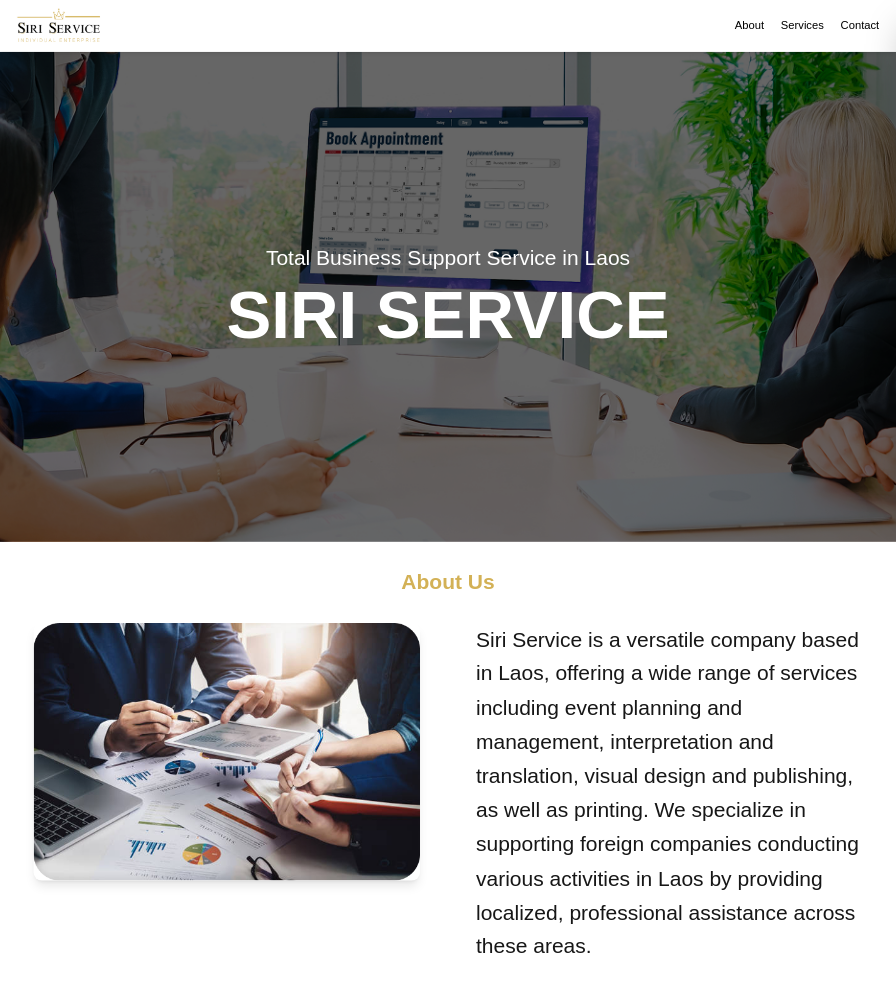
Repository: Phailin-teamplate/siri-service-web
Page: /
The author's editor kept a copy of each file at every save. The page is drawn from the files as they stood at one save, then again after the next save.
The browser window is 1280 px wide. The pictures show the whole page, at 70% of full size.
The project was rebuilt for these pictures with package versions that can differ from the ones it lists, and the page was loaded fresh each time. The framework's server and built-in components were replaced by stand-ins that run in the browser. Also part of the build but not shown: next.config.ts.

Above is the page before, as saved 2025-07-02 14:26:40.

### src/app/layout.tsx
"use client";

import React, { useState, useEffect } from "react";
import { ArrowUpIcon } from "@heroicons/react/24/solid"; // Importing the arrow icon
// import { Geist, Geist_Mono } from "next/font/google";
// import { Inter, Noto_Sans_Lao } from "next/font/google";
import "./globals.css";
import Navbar from "@/src/components/navbar";

// const inter = Inter({ subsets: ["latin"] });
// const notoSansLao = Noto_Sans_Lao({ subsets: ["lao"] });

// const geistSans = Geist({
//   variable: "--font-geist-sans",
//   subsets: ["latin"],
// });
// const geistMono = Geist_Mono({
//   variable: "--font-geist-mono",
//   subsets: ["latin"],
// });

export default function RootLayout({
  children,
}: Readonly<{
  children: React.ReactNode;
}>) {
  const [isVisible, setIsVisible] = useState(false);

  // Detect scroll position and show button when scrolling down
  const handleScroll = () => {
    if (window.scrollY > 300) {
      setIsVisible(true);
    } else {
      setIsVisible(false);
    }
  };

  useEffect(() => {
    window.addEventListener("scroll", handleScroll);
    return () => {
      window.removeEventListener("scroll", handleScroll);
    };
  }, []);

  const scrollToTop = () => {
    window.scrollTo({ top: 0, behavior: "smooth" });
  };

  return (
    <html lang="en">
      {/* <body
        className={`${geistSans.variable} ${geistMono.variable} ${inter.className}  ${notoSansLao.className} antialiased`}
      > */}
      <body className="bg-white">
        <Navbar />
        {children}
        {/* <Footer /> */}

        {/* Popup Button with Icon for Scrolling to Top */}
        {isVisible && (
          <button
            onClick={scrollToTop}
            className="fixed bottom-2 right-5 md:bottom-5 md:right-10 bg-blue-500 text-white p-2 md:p-4 rounded-full shadow-lg hover:bg-blue-600 focus:outline-none transition-transform transform hover:scale-110"
          >
            {/* Heroicon Arrow Up Icon */}
            <ArrowUpIcon className="h-5 w-5 md:h-6 md:w-6" />
          </button>
        )}
      </body>
    </html>
  );
}

### src/app/page.tsx
import React from "react";
import Homepage from "@/src/components/Homepage";
import About from "@/src/components/About";

export const metadata = {
  title: "About | TEAMPLATE",
  description:
    "Learn about TEAMPLATE — our story, mission, team, and values that drive our innovation.",
  keywords: ["teamplate", "about", "our story", "mission", "values", "team"],
  openGraph: {
    title: "About | TEAMPLATE",
    description:
      "Discover TEAMPLATE's story, mission, and the people behind our success.",
    url: "https://yourdomain.com/about",
    siteName: "TEAMPLATE",
    images: [
      {
        url: "https://yourdomain.com/images/about-og.jpg", // ✅ Replace with actual path
        width: 1200,
        height: 630,
        alt: "About TEAMPLATE",
      },
    ],
    locale: "en_US",
    type: "website",
  },
};

export default function Home() {
  return (
    <section className="w-full" id="about">
      <Homepage/>
      <About/>
    </section>
  );
}

### src/components/navbar.tsx
import { useState, useCallback, useEffect } from "react";
import Image from "next/image";
import { Menu, X } from "lucide-react";
import Logo from "@/public/logo/Siri Service.png";

export default function Navbar() {
  const [isOpen, setIsOpen] = useState(false);

  // Function for smooth scrolling
  const handleSmoothScroll = useCallback((targetId: string) => {
    setIsOpen(false); // Close the sidebar

    if (targetId === "/") {
      window.scrollTo({ top: 0, behavior: "smooth" });
    } else {
      const targetElement = document.querySelector(targetId);
      if (targetElement) {
        targetElement.scrollIntoView({ behavior: "smooth" });
      }
    }
  }, []);

  const [isScrolled, setIsScrolled] = useState(false);

  // Detect scroll to change navbar background
  useEffect(() => {
    const handleScroll = () => {
      const scrollTop = window.scrollY;
      setIsScrolled(scrollTop > 10); // Trigger when scrolled 10px
    };

    window.addEventListener("scroll", handleScroll);

    return () => window.removeEventListener("scroll", handleScroll);
  }, []);

  return (
    <div className="w-full sticky top-0 z-50 bg-white shadow-md">
      <nav className="flex items-center justify-between px-6 py-3">
        {/* Logo */}
        <button
          onClick={() => handleSmoothScroll("/")}
          className="p-0 border-none bg-transparent active:opacity-80"
        >
          <Image
            className="w-20 sm:w-20 md:w-30 lg:w-30 xl:w-30 2xl:w-30 h-auto"
            src={Logo}
            alt="Appstore"
            priority
          />
        </button>

        {/* Desktop Links */}
        <div className="hidden md:flex gap-6">
          <button
            onClick={() => handleSmoothScroll("#about")}
            className="hover:text-blue-600 hover:underline transition-colors text-black duration-200 cursor-pointer"
          >
            About
          </button>
          <button
            onClick={() => handleSmoothScroll("#services")}
            className="hover:text-blue-600 hover:underline transition-colors text-black duration-200 cursor-pointer"
          >
            Services
          </button>
          <button
            onClick={() => handleSmoothScroll("#contact")}
            className="hover:text-blue-600 hover:underline transition-colors text-black duration-200 cursor-pointer"
          >
            Contact
          </button>
        </div>

        {/* Mobile Menu Button */}
        <button
          className="md:hidden focus:outline-none"
          onClick={() => setIsOpen(!isOpen)}
          aria-label="Toggle Menu"
        >
          {isOpen ? <X size={28} /> : <Menu size={28} />}
        </button>
      </nav>

      {/* Overlay (Closes menu when clicked) */}
      {isOpen && (
        <div
          className="fixed inset-0 z-40"
          onClick={() => setIsOpen(false)}
        ></div>
      )}

      {/* Mobile Sidebar */}
      <div
        className={`fixed top-0 right-0 h-full w-64 bg-white shadow-2xl p-6 flex flex-col transition-transform ${
          isOpen ? "translate-x-0" : "translate-x-full"
        } duration-300 ease-in-out z-50`}
      >
        {/* Sidebar Header */}
        <div className="flex justify-between items-center pb-4 mt-1">
          <h3 className="text-black text-2xl font-semibold">Menu</h3>
          <button
            className="text-black text-3xl font-bold focus:outline-none"
            onClick={() => setIsOpen(false)}
            aria-label="Close Menu"
          >
            <X size={28} />
          </button>
        </div>

        {/* Sidebar Links */}
        <div className="flex flex-col items-start gap-4 pb-4">
          <button
            onClick={() => handleSmoothScroll("#about")}
            className="hover:text-blue-600 hover:underline transition-colors duration-200 cursor-pointer"
          >
            About
          </button>
          <button
            onClick={() => handleSmoothScroll("#services")}
            className="hover:text-blue-600 hover:underline transition-colors duration-200 cursor-pointer"
          >
            Services
          </button>
          <button
            onClick={() => handleSmoothScroll("#contact")}
            className="hover:text-blue-600 hover:underline transition-colors duration-200 cursor-pointer"
          >
            Contact
          </button>
        </div>
      </div>
    </div>
  );
}

### src/components/Homepage.tsx
import Image from "next/image";
import BgSiri from "@/public/bg-siri.png";
import type { Metadata } from "next";

export const metadata: Metadata = {
  title: "SiriService | About Us",
  description: "We are a Laos-based IT startup aiming for the global market.",
};

export default function Homepage() {
  return (
    <div className="flex flex-col ">
      <div className="flex justify-center">
        <div className="relative w-full h-[400px] xs:h-[600px] sm:h-[650px] md:h-[700px] lg:h-[700px]">
          {/* Background Image */}
          <Image src={BgSiri} alt="StartUp" fill className="object-cover" />

          {/* Gradient Overlay */}
          <div className="absolute inset-0 bg-black/60 z-10" />

          {/* Centered Content */}
          <div className="absolute inset-0 z-20 flex flex-col items-center justify-center text-center px-4">
            <div className="mb-4 sm:mb-4">
              <p className="text-white text-sm xs:text-base sm:text-xl md:text-3xl font-medium">
                Total Business Support Service in Laos
              </p>
            </div>
            <h1 className="text-white text-4xl xs:text-5xl sm:text-6xl md:text-7xl lg:text-8xl font-bold">
              SIRI SERVICE
            </h1>
          </div>
        </div>
      </div>


    </div>
  );
}

### src/components/About.tsx
"use client";

import Image from "next/image";
import AboutSV from "@/public/About.png";
import type { Metadata } from "next";

export const metadata: Metadata = {
  title: "Teamplate",
  description: "We are a Laos-based IT startup aiming for the global market.",
};

export default function About() {
  return (
    <div className="w-full bg-white px-6 md:px-12 py-10" id="about">
      {/* Section Title */}
      <div className="text-center flex justify-center md:text-left mb-10">
        <h2 className="text-2xl md:text-3xl font-extrabold text-[#D3B156]">
          About Us
        </h2>
      </div>

      {/* Content: Image + Text */}
    <div className="flex flex-col md:flex-row items-start justify-center gap-12 md:gap-20">
  {/* Image */}
  <div className="w-full max-w-[660px] rounded-xl overflow-hidden shadow-lg">
    <Image
      src={AboutSV}
      alt="About"
      width={660} // เพิ่มจาก 602
      height={580} // เพิ่มจาก 540
      className="object-cover w-full h-auto rounded-xl"
      priority
    />
  </div>

  {/* Text */}
  <div className="w-full max-w-[720px] text-center md:text-left">
    <p className="text-3xl md:text-3xl font-medium leading-relaxed">
      Siri Service is a versatile company based in Laos, offering a wide range of
      services including event planning and management, interpretation and
      translation, visual design and publishing, as well as printing. We specialize
      in supporting foreign companies conducting various activities in Laos by
      providing localized, professional assistance across these areas.
    </p>
  </div>
</div>

    </div>
  );
}

### src/components/Service.tsx
"use client";

import Image from "next/image";
import AboutSV from "@/public/About.png";
import type { Metadata } from "next";

export const metadata: Metadata = {
  title: "Teamplate",
  description: "We are a Laos-based IT startup aiming for the global market.",
};

export default function Service() {
  return (
    <div className="w-full bg-white px-6 md:px-12 py-10" id="service">
      {/* Section Title */}
      <div className="text-center flex justify-center md:text-left mb-10">
        <h2 className="text-2xl md:text-3xl font-extrabold text-[#D3B156]">
          About Us
        </h2>
      </div>

      {/* Content: Image + Text */}
      <div className="flex flex-col md:flex-row items-center justify-center gap-10 md:gap-16">
        {/* Image */}
        <div className="w-full max-w-md rounded-xl overflow-hidden shadow-md">
          <Image
            src={AboutSV}
            alt="About"
            width={512}
            height={340}
            className="object-cover w-full h-auto rounded-xl"
            priority
          />
        </div>

        {/* Text */}
        <div className="w-full max-w-xl text-center md:text-left">
          <h1 className="text-black text-2xl sm:text-3xl font-semibold mb-4">
            Siri Service is a versatile company based in Laos
          </h1>
          <p className="text-gray-700 text-base sm:text-lg leading-relaxed">
            Siri Service is a versatile company based in Laos, offering a wide range of
            services including event planning and management, interpretation and
            translation, visual design and publishing, as well as printing. We specialize
            in supporting foreign companies conducting various activities in Laos by
            providing localized, professional assistance across these areas.
          </p>
        </div>
      </div>
    </div>
  );
}

Loaded but not shown: src/app/globals.css (common file)

After the next save:
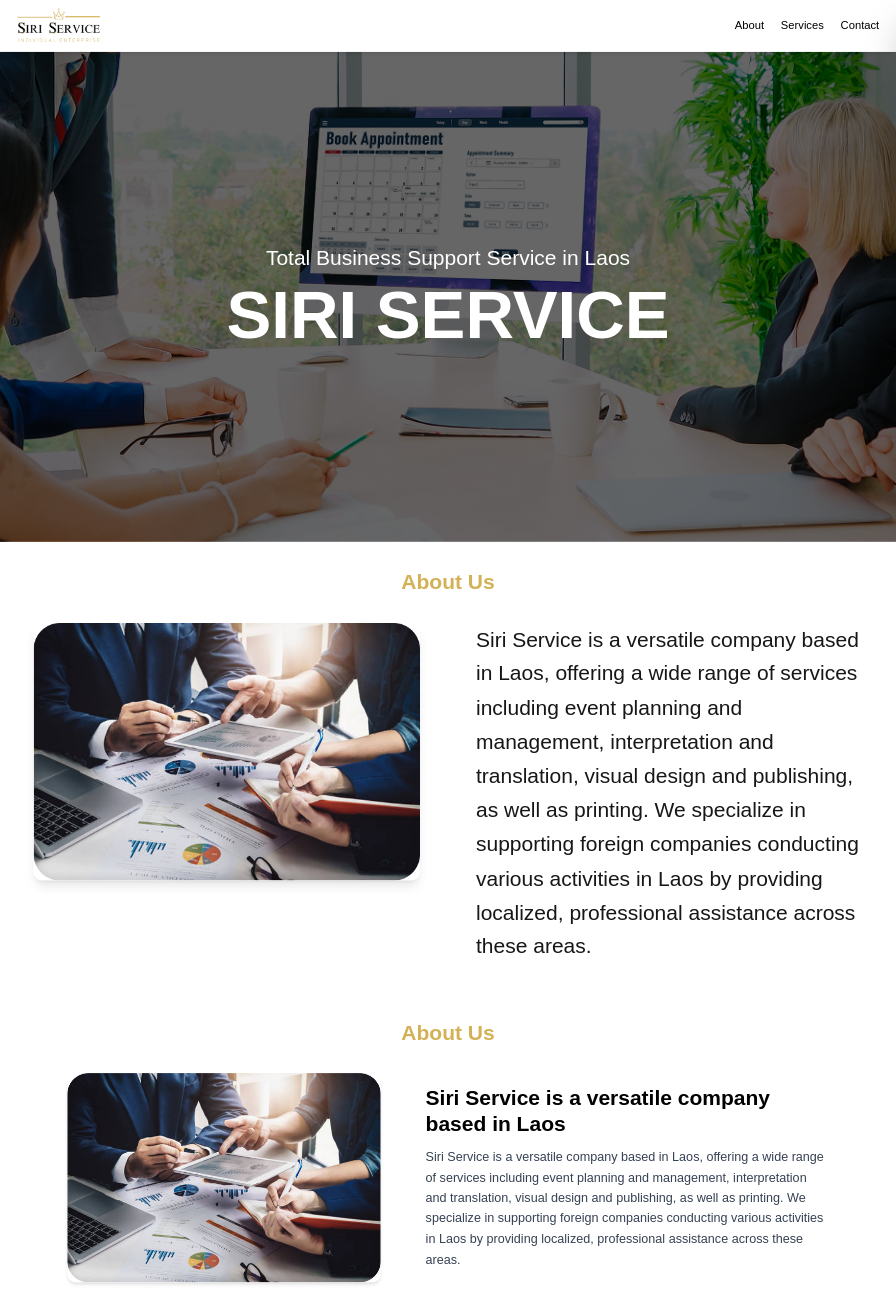
Saved 41 s later.
--- a/src/app/page.tsx
+++ b/src/app/page.tsx
@@ -1,6 +1,7 @@
 import React from "react";
 import Homepage from "@/src/components/Homepage";
 import About from "@/src/components/About";
+import Service from "@/src/components/Service";
 
 export const metadata = {
   title: "About | TEAMPLATE",
@@ -31,6 +32,7 @@
     <section className="w-full" id="about">
       <Homepage/>
       <About/>
+      <Service/>
     </section>
   );
 }
